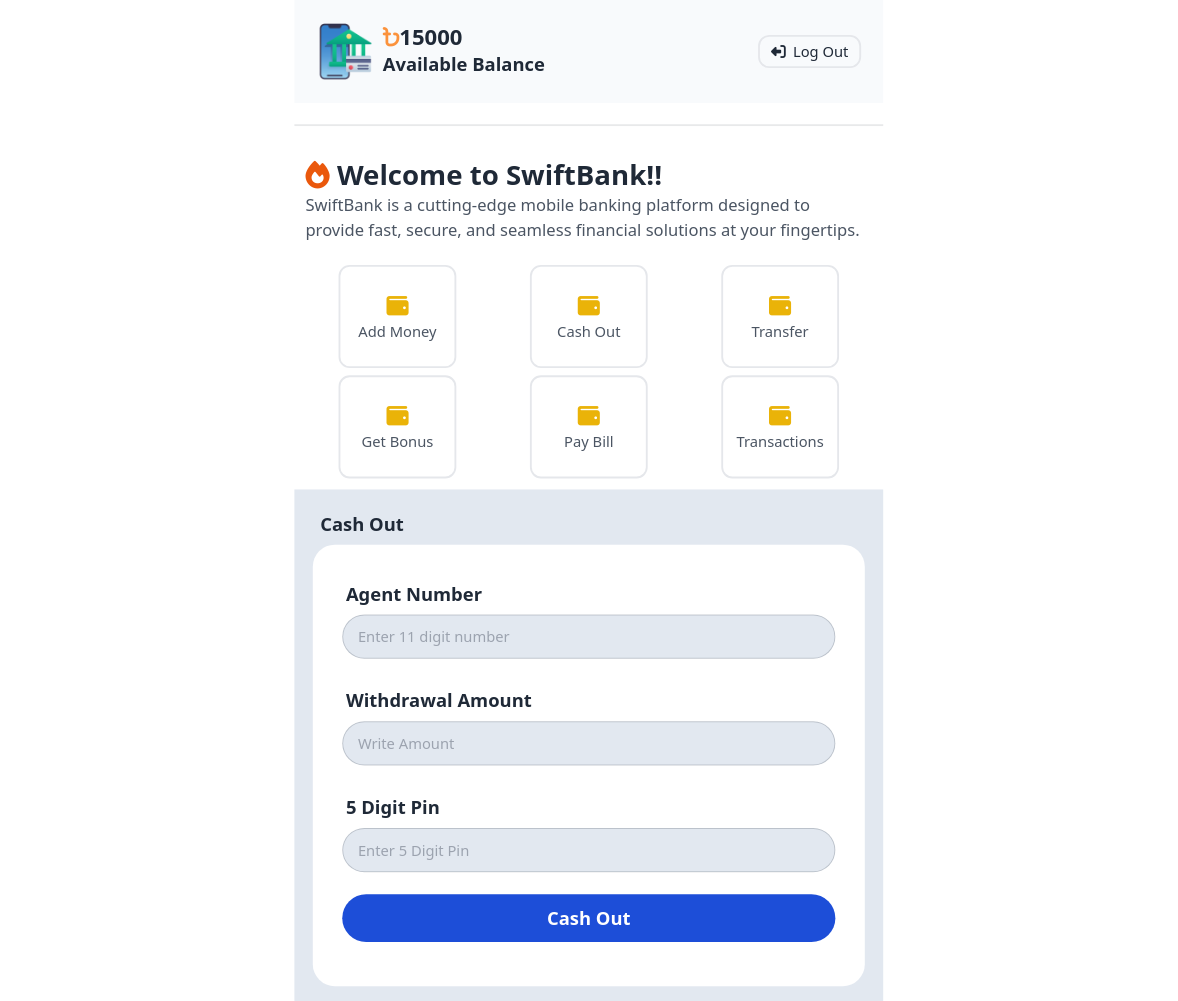
Repository: mukaddam-coder/swift-bank-mobile-banking
Page: home.html
The author's editor kept a copy of each file at every save. The page is drawn from the files as they stood at one save, then again after the next save.
The browser window is 1280 px wide. The pictures show the whole page, at 92% of full size.
Empty fields were first filled with sample values (such as "Sample", 5 or name@example.com).
After loading, the first visible `#show-cash-out-section` was clicked once.
Some web libraries are served in a nearby version.

Above is the page before, as saved 2024-12-16 23:32:40.

After the next save:
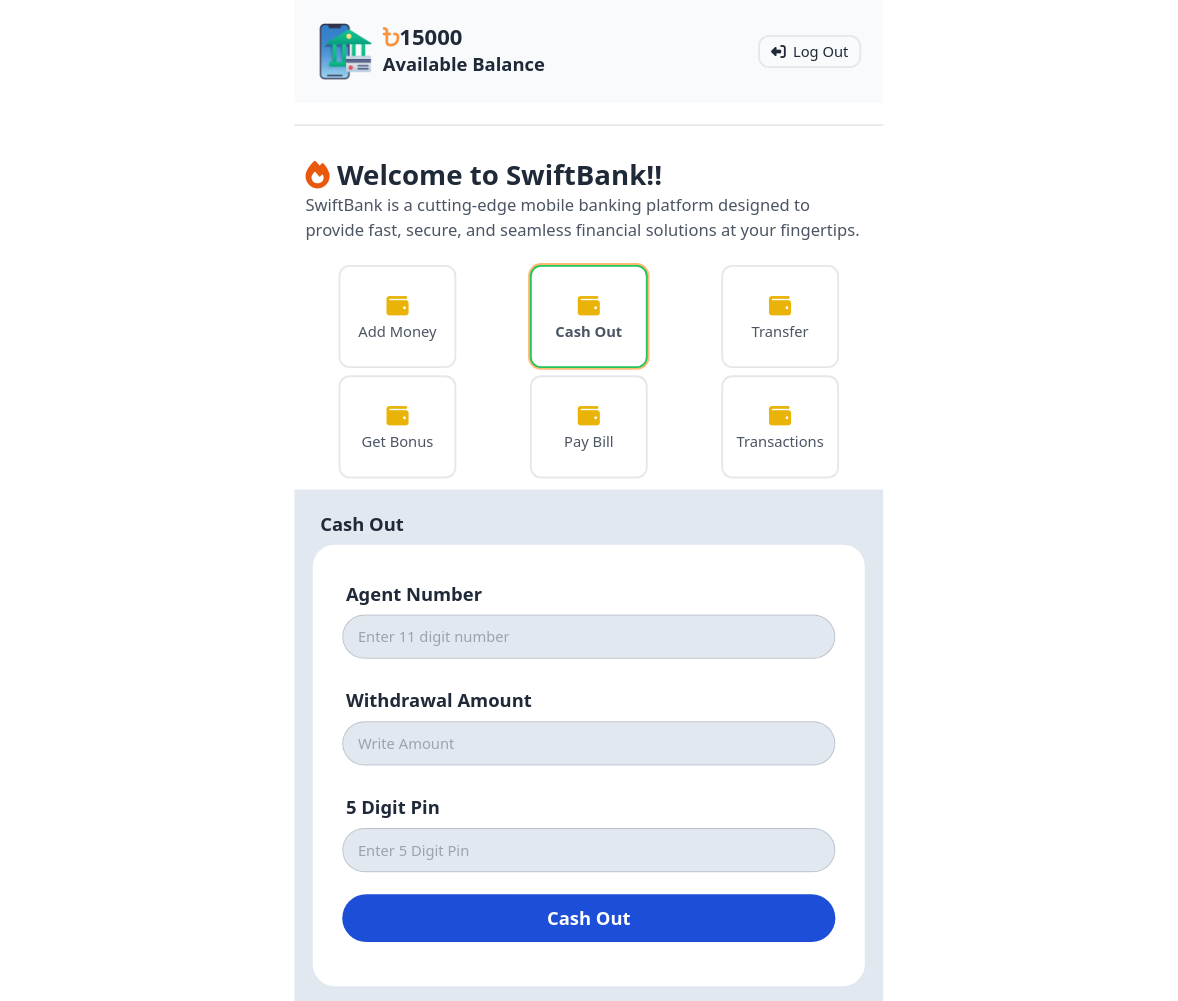
Saved 119 s later.
--- a/Jscript/features.js
+++ b/Jscript/features.js
@@ -10,6 +10,9 @@
 // The cash-out section will show when the cash-out button is clicked.
 document.getElementById('show-cash-out-section').addEventListener('click', function(){
     showSectionById('cash-out-section')
+
+    const cashOutButton = document.getElementById('show-cash-out-section');
+    cashOutButton.classList.add('border-1', 'border-green-500', 'ring-2', 'ring-orange-300', 'text-black', 'font-semibold', 'bg-white')
 });
 
 // The money transfer section will show when the money transfer button is clicked.
